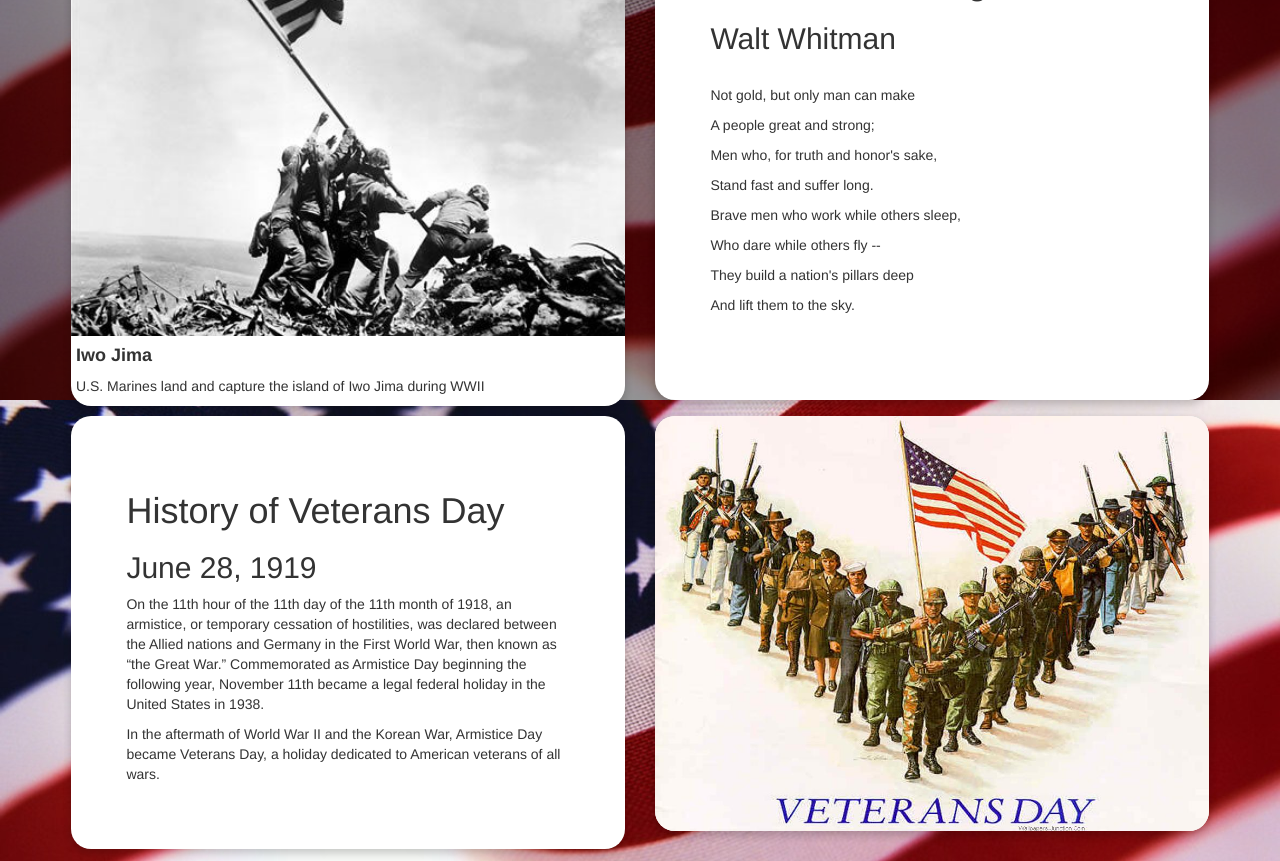
Repository: jdunc/veterans
Page: index.html
The author's editor kept a record of every edit. The page is drawn from the files as they stood at one moment, then again after the next edit.
The browser window is 1280 px wide. The pictures show the part of the page from y = 320 to 1181 px (the page is 1181 px tall).
A picture or video elsewhere on the page could not be fetched, so the positions and the page height are approximate.

Above is the page before.
Console error (its wording comes from the project's code and is left out).

### index.html
<!DOCTYPE html>
<!-- HTML5 Hello world by kirupa - http://www.kirupa.com/html5/getting_your_feet_wet_html5_pg1.htm -->
<html lang="en-us">

<head>
    <style type="text/css">
        body,
        a:hover {
            cursor: url(http://cur.cursors-4u.net/cursors/cur-8/cur719.cur), progress !important;
        }
    </style>
    <a href="http://www.cursors-4u.com/cursor/2011/01/01/united-states-of-america-pointer.html" target="_blank" title="United States Of America Pointer"><img src="http://cur.cursors-4u.net/cursor.png" border="0" alt="United States Of America Pointer" style="position:absolute; top: 0px; right: 0px;" /></a>
    <meta charset="utf-8">
    <title>Valiant Veterans</title>

    <!-- Latest compiled and minified CSS -->
    <link rel="stylesheet" href="https://maxcdn.bootstrapcdn.com/bootstrap/3.3.7/css/bootstrap.min.css" integrity="sha384-BVYiiSIFeK1dGmJRAkycuHAHRg32OmUcww7on3RYdg4Va+PmSTsz/K68vbdEjh4u" crossorigin="anonymous">
    <link rel="stylesheet" href="https://maxcdn.bootstrapcdn.com/bootstrap/3.3.7/css/bootstrap-theme.min.css" integrity="sha384-rHyoN1iRsVXV4nD0JutlnGaslCJuC7uwjduW9SVrLvRYooPp2bWYgmgJQIXwl/Sp" crossorigin="anonymous">
    <script src="https://maxcdn.bootstrapcdn.com/bootstrap/3.3.7/js/bootstrap.min.js" integrity="sha384-Tc5IQib027qvyjSMfHjOMaLkfuWVxZxUPnCJA7l2mCWNIpG9mGCD8wGNIcPD7Txa" crossorigin="anonymous"></script>
    <!--Our Stylesheet-->
    <link rel="stylesheet" href="./style.css" type="text/css" />
    <link href="https://fonts.googleapis.com/css?family=Monoton" rel="stylesheet">

</head>

<body background="flag.jpg">
    <div class="layer">
        <div class="page-header">
            <h1>Valiant Veterans</h1>
            <h1><small>Serving Those Who Served</small></h1>
        </div>
        <div class="container">
            <div class="row">
                <div class="col-lg-6">
                    <div class="card iwo">
                        <img src="lift.jpg" style="width:100%">
                        <h4><b>Iwo Jima</b></h4>
                        <p>U.S. Marines land and capture the island of Iwo Jima during WWII</p>
                    </div>
                </div>
                <div class="col-lg-6 ">
                    <div class="card poem">
                        <h1>A Nation's Strength</h1>
                        <h2>Walt Whitman</h2>
                        </br>
                        <p>Not gold, but only man can make</p>
                        <p> A people great and strong;</p>
                        <p>Men who, for truth and honor's sake,</p>
                        <p> Stand fast and suffer long.</p>

                        <p>Brave men who work while others sleep,</p>
                        <p> Who dare while others fly --</p>
                        <p>They build a nation's pillars deep</p>
                        <p> And lift them to the sky.</p>
                        </br>
                    </div>
                </div>
            </div>
            <div class="row">
                <div class="col-lg-6">
                    <div class="card poem">
                        <h1>History of Veterans Day</h1>
                        <h2>June 28, 1919</h2>
                        <p>On the 11th hour of the 11th day of the 11th month of 1918, an armistice, or temporary cessation of hostilities, was declared between the Allied nations and Germany in the First World War, then known as “the Great War.” Commemorated as Armistice Day beginning
                        the following year, November 11th became a legal federal holiday in the United States in 1938.</p>
                        <p>In the aftermath of World War II and the Korean War, Armistice Day became Veterans Day, a holiday dedicated to American veterans of
                        all wars.
                    </div>
                </div>
                <div class="col-lg-6">
                    <div class="card iwo">
                        <img src="veterans.jpg" style="width:100%">
                    </div>
                </div>
            </div>
        </div>
    </div>

    </div>
</body>

</html>

### style.css
.page-header{
    text-align: center;
    background-image: url('bald-eagle.jpg');
    background-size: 255px;
    height:145px;
    box-shadow: 5px 5px 5px rgba(255,255,255,0.5);
    line-height:30pt;
    font-family: 'Monoton', cursive;


}

.blink_me {
  animation: blinker 5s linear infinite;
}

@keyframes blinker {
        100% {
      color: white;
  }
  66% {
      color: red;
  }
    33% {
      color: blue;
  }
        0% {
      color: white;
}
}

.page-header h1{
    color:white;
    text-shadow:2px 2px 5px black;
    font-size: 40pt;
    font-family: 'Monoton', cursive;


}
.page-header h1 small{
        color:black;
    text-shadow:2px 2px 5px white;
    font-family: 'Oswald', sans-serif;

}
body{
    background-size:100vw 100vh;
}
.card {
    background-color: white;
    box-shadow: 0 4px 8px 0 rgba(0,0,0,0.2);
    transition: 0.3s;
    /*width: 30%;*/
    border-radius: 20px;
    overflow: hidden;
}

.layer {
    background-color: rgba(0, 0, 0, 0.4);
    position: absolute;
    top: 0;
    left: 0;
    width: 100%;
    height: 100%;
}

.card:hover {
    box-shadow: 0 8px 16px 0 rgba(0,0,0,1);
}

.container {
    padding: 2px 16px;
}

.poem{
    padding: 10%;
}
.row{
    margin-bottom:10px;
}
.iwo p{
    margin-left:5px;
}
.iwo h4{
    margin-left:5px;
}
.vets{
    padding: 5px;
}

After the next edit:
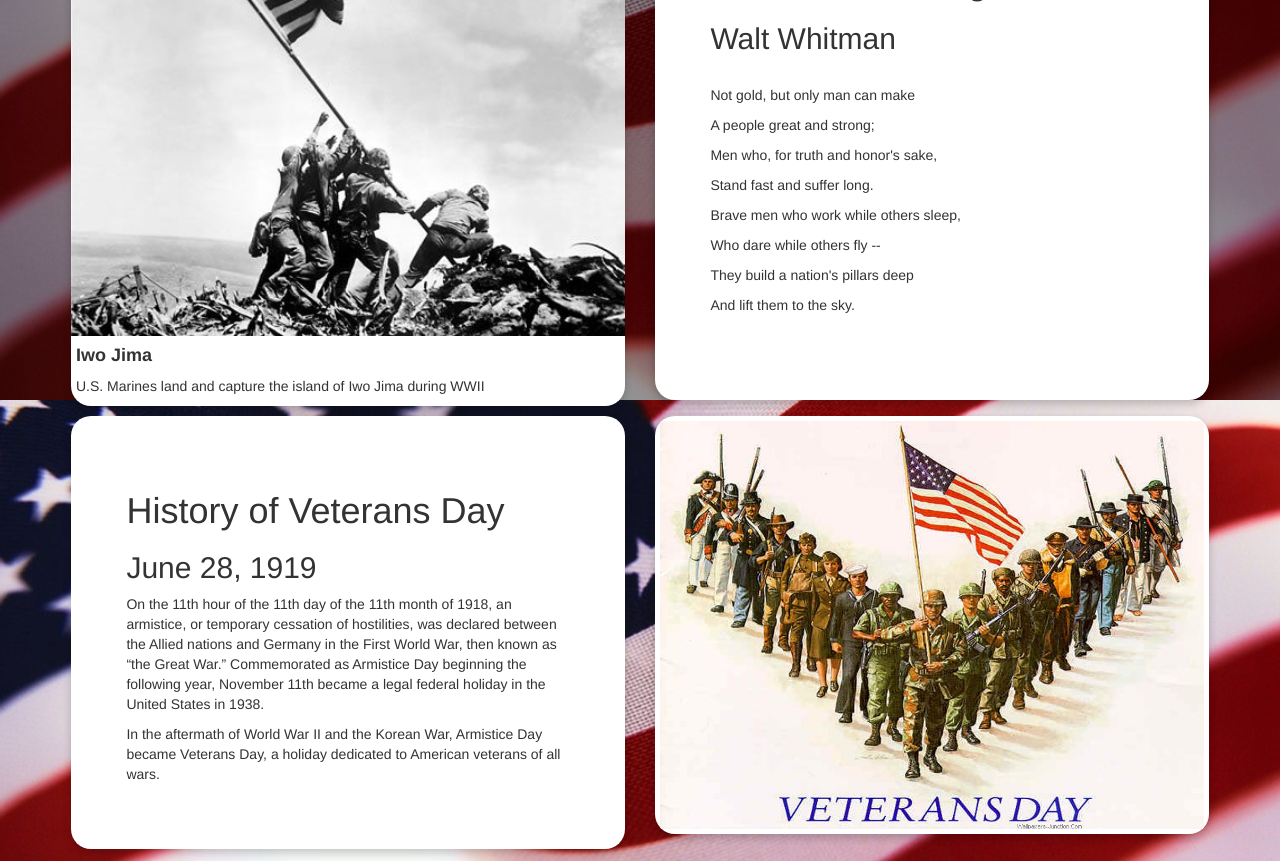
The edit:
--- a/index.html
+++ b/index.html
@@ -68,7 +68,7 @@
                     </div>
                 </div>
                 <div class="col-lg-6">
-                    <div class="card iwo">
+                    <div class="card vets">
                         <img src="veterans.jpg" style="width:100%">
                     </div>
                 </div>
